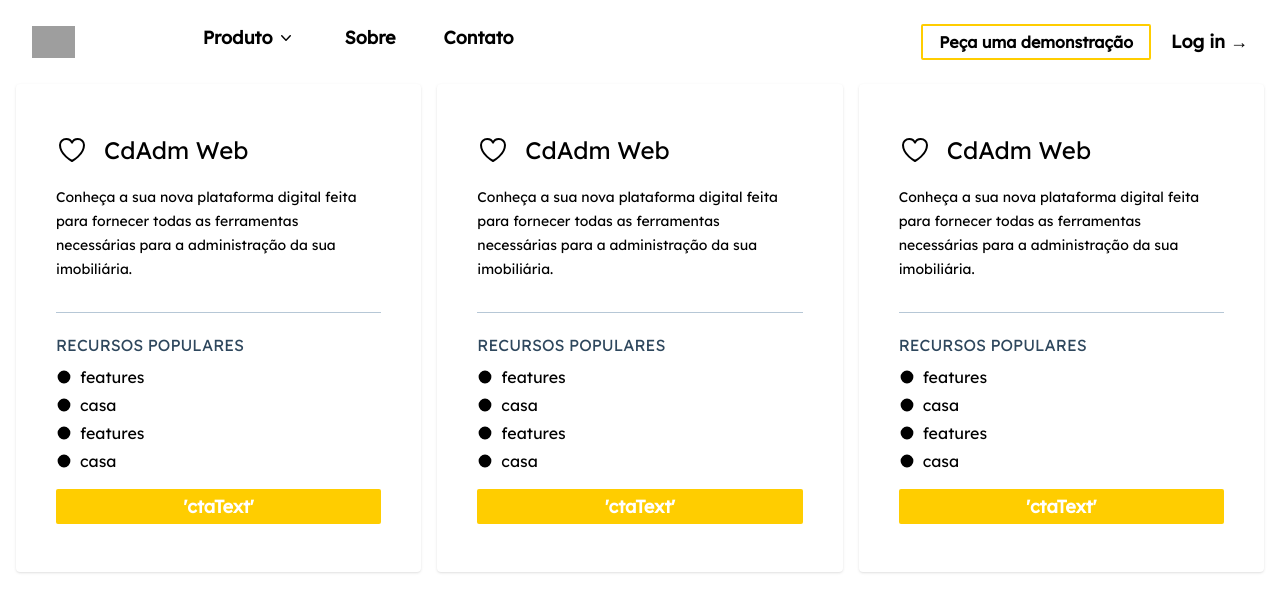
Repository: VereAbsolutum/site-institucional
Page: /
These files come from the project's save history. The page is drawn as it stood at one moment and after the next save; the edit follows.
The browser window is 1280 px wide. The pictures show the whole page.
Pictures or frames that could not be fetched are drawn as grey boxes. The project was rebuilt for these pictures with package versions that can differ from the ones it lists, and the page was loaded fresh each time. Also part of the build but not shown: vite.config.ts, src/presentation/components/buttons/button-primary.tsx, src/presentation/components/links/link-border-primary.tsx, src/presentation/components/links/link-border-white.tsx, src/presentation/components/typography/display.tsx, src/presentation/components/typography/heading1.tsx, src/presentation/components/typography/heading2.tsx, src/presentation/components/typography/heading3.tsx and 3 more.

Above is the page before, as saved 2023-04-14 23:45:11.

### src/App.tsx
import React from 'react'
import { BrowserRouter, Routes, Route } from "react-router-dom"
import { Home, NotFound } from './presentation/pages'

const App: React.FC = () => {
  return (
    <BrowserRouter >
      <Routes>
        <Route path='/' element={<Home />} />
        <Route path='*' element={<NotFound />} />
      </Routes>
    </BrowserRouter>
  )
}

export default App

### src/index.css
@import url('https://fonts.googleapis.com/css2?family=Lexend+Deca&family=Manrope:wght@800&family=Playfair+Display:wght@500&display=swap');

@tailwind base;
@tailwind components;
@tailwind utilities;

### src/presentation/pages/index.ts
export { default as Home } from './home/home'
export { default as NotFound } from './not-found/notFound'

### src/presentation/pages/home/home.tsx
import React from 'react';
import { ButtonBorderPrimary, ButtonPrimary, Header, LinkBorderPrimary, LinkBorderWhite, LinkPrimary, TextCaption, TextDisplay, TextHeading1, TextHeading2, TextHeading3, TextMenu, TextParagraph, TextParagraphSmall } from '../../components';
import ProductCard from '../../components/card/product-card';

const home: React.FC = () => {
    return (
        <>
            <Header />
            <main>
                <section className='container'>
                    <div className='grid grid-cols-1 gap-4 sm:grid-cols-2 md:grid-cols-3'>
                        <ProductCard></ProductCard>
                        <ProductCard></ProductCard>
                        <ProductCard></ProductCard>
                    </div>
                </section>
            </main>
        </>


    );
};

export default home;

### src/presentation/components/index.ts
export { default as Header } from './header/header'

export { default as ButtonBase } from './buttons/button-base'
export { default as ButtonBorderPrimary } from './buttons/button-border-primary'
export { default as ButtonPrimary } from './buttons/button-primary'

export { default as LinkBase } from './links/link-base'
export { default as LinkPrimary } from './links/link-primary'
export { default as LinkBorderPrimary } from './links/link-border-primary'
export { default as LinkBorderWhite } from './links/link-border-white'

export { default as TextBase } from './typography/text-base'
export { default as TextDisplay } from './typography/display'
export { default as TextHeading1 } from './typography/heading1'
export { default as TextHeading2 } from './typography/heading2'
export { default as TextHeading3 } from './typography/heading3'
export { default as TextParagraph } from './typography/paragraph'
export { default as TextParagraphSmall } from './typography/paragraph-small'
export { default as TextCaption } from './typography/caption'
export { default as TextMenu } from './typography/menu'

### src/presentation/components/card/product-card.tsx
import { HeartIcon } from '@heroicons/react/24/outline';
import React from 'react';
import { LinkPrimary, TextParagraph, TextParagraphSmall } from '..';

type ProductCardProps = {
    imageUrl: string;
    title: string;
    description: string;
    features: string[];
    ctaText: string;
    ctaHref: string;
};

const ProductCard: React.FC = () => {
    return (
        <div className="bg-white p-6 rounded shadow px-10 py-12">
            <div className="flex flex-col">
                <div className="flex items-center mb-4">
                    <HeartIcon className="w-8 h-auto mr-4 text-blue-500" />
                    <h3 className="font-medium text-[24px]">CdAdm Web</h3>
                </div>
                <div>
                    <p className="mb-8">
                        <TextParagraphSmall>
                            Conheça a sua nova plataforma digital feita para fornecer todas as ferramentas necessárias para a administração da sua imobiliária.
                        </TextParagraphSmall>
                    </p>
                    <div className='border-t-black border-t border-solid pt-5'>
                        <h4 className="mb-2">
                            <TextParagraph className='font-thin'>
                                RECURSOS POPULARES
                            </TextParagraph>
                        </h4>
                        <ul className="list-none mb-4">
                            {["features", "casa", "features", "casa"].map((feature, index) => (
                                <li key={index} className="flex items-center mb-1">
                                    <svg className="w-4 h-4 mr-2 text-green-500" viewBox="0 0 20 20" fill="currentColor">
                                        <path d="M10 18a8 8 0 100-16 8 8 0 000 16zm1-13a1 1 0 10-2 0v4a1 1 0 00.293.707l2.828 2.829a1 1 0 101.415-1.415L11 9.586V5z"></path>
                                    </svg>
                                    {feature}
                                </li>
                            ))}
                        </ul>
                        <div>
                            <LinkPrimary className="text-white flex justify-center" href="#">
                                'ctaText'
                            </LinkPrimary>
                        </div>
                    </div>
                </div>
            </div>
        </div>
    );
};

export default ProductCard;

### src/presentation/components/header/header.tsx
import React, { useState } from 'react'
import {
    Bars3Icon,
    ChartPieIcon,
    CursorArrowRaysIcon,
    FingerPrintIcon,
} from '@heroicons/react/24/outline'
import { PhoneIcon, PlayCircleIcon } from '@heroicons/react/20/solid'
import { MainMenu, MobileMenu } from './components'
import { ButtonBorderPrimary } from '..'

const products = [
    { name: 'CdAdm Web', description: 'Get a better understanding of your traffic', href: '#', icon: ChartPieIcon },
    { name: 'CdAdm Grafico', description: 'Speak directly to your customers', href: '#', icon: CursorArrowRaysIcon },
    { name: 'CdFin', description: 'Your customers’ data will be safe and secure', href: '#', icon: FingerPrintIcon }
]
const callsToAction = [
    { name: 'Assista a Demo', href: '#', icon: PlayCircleIcon },
    { name: 'Contato', href: '#', icon: PhoneIcon },
]

function classNames(...classes: string[]) {
    return classes.filter(Boolean).join(' ');
}

const header: React.FC = () => {
    const [mobileMenuOpen, setMobileMenuOpen] = useState(false)

    return (
        <header className="bg-white">
            <nav className="mx-auto flex max-w-7xl items-center justify-between p-6 lg:px-8" aria-label="Global">

                <div className="flex lg:flex-1">
                    <a href="#" className="-m-1.5 p-1.5">
                        <span className="sr-only">SCordon</span>
                        <img className="h-8 w-auto" src="https://tailwindui.com/img/logos/mark.svg?color=indigo&shade=600" alt="" />
                    </a>

                    {/* main menu */}
                    <div className='ml-32'>
                        <MainMenu products={products} />
                    </div>
                </div>

                <div className="flex lg:hidden">
                    {/* Button */}
                    <button
                        type="button"
                        className="-m-2.5 inline-flex items-center justify-center rounded-md p-2.5 text-gray-700"
                        onClick={() => setMobileMenuOpen(true)}
                    >
                        <span className="sr-only">Open main menu</span>
                        <Bars3Icon className="h-6 w-6" aria-hidden="true" />
                    </button>
                </div>



                <div className="hidden lg:flex lg:flex-1 lg:justify-end align-items: center">
                    <div className='mr-5'>
                        <ButtonBorderPrimary label='Peça uma demonstração' />
                    </div>
                    <div className="flex items-center">
                        <a href="#" className="text-lg font-medium leading-6 font-semibold">
                            Log in <span aria-hidden="true">&rarr;</span>
                        </a>
                    </div>
                    {/* Button */}
                </div>
            </nav>

            <MobileMenu
                mobileMenuOpen={mobileMenuOpen}
                setMobileMenuOpen={setMobileMenuOpen}
                products={products}
                callsToAction={callsToAction}
            />
        </header>
    )
}

export default header

### src/presentation/components/buttons/button-base.tsx
import React from 'react'

export type ButtonProps = React.ButtonHTMLAttributes<HTMLButtonElement> & {
    label: string;
    className?: string;
};

const buttonBase: React.FC<ButtonProps> = ({ label, className, ...rest }) => {
    const baseClasses =
        'font-semibold rounded-sm hover:bg-blue-700 focus:outline-none focus:ring-2 focus:ring-blue-400 focus:ring-opacity-75';

    return (
        <button className={`${baseClasses} ${className}`} {...rest}>
            {label}
        </button>
    );
};

export default buttonBase;

### src/presentation/components/buttons/button-border-primary.tsx
// BorderedButton.tsx
import React from 'react';
import { ButtonBase } from '..';
import { ButtonProps } from './button-base';

const buttonBorderPrimary: React.FC<ButtonProps> = ({ className, ...rest }) => {
    const baseClasses = 'px-4 py-1 border-2 border-yellow bg-transparent border border-blue-500 text-blue-500 hover:bg-blue-500';

    return <ButtonBase className={`${baseClasses} ${className}`} {...rest} />;
};

export default buttonBorderPrimary;

### src/presentation/components/links/link-base.tsx
import React from 'react';

export type LinkBaseProps = React.AnchorHTMLAttributes<HTMLAnchorElement> & {
    className?: string;
};

const linkBase: React.FC<LinkBaseProps> = ({ children, className, ...rest }) => {
    const baseClasses =
        'font-semibold cursor-pointer rounded-sm hover:bg-blue-700 focus:outline-none focus:ring-2 focus:ring-blue-400 focus:ring-opacity-75';

    return (
        <a className={`${baseClasses} ${className}`} {...rest}>
            {children}
        </a>
    );
};

export default linkBase;

### src/presentation/components/links/link-primary.tsx
// FilledButton.tsx
import React from 'react';
import { LinkBase } from '..';
import { LinkBaseProps } from './link-base';

const linkPrimary: React.FC<LinkBaseProps> = ({ className, ...rest }) => {
    const baseClasses = 'px-4 py-1 bg-blue-500 bg-yellow hover:bg-blue-700 text-lg font-medium';

    return <LinkBase className={`${baseClasses} ${className}`} {...rest} />;
};

export default linkPrimary;

### src/presentation/components/typography/text-base.tsx
import React from 'react';

export type TextBaseProps = React.HTMLAttributes<HTMLSpanElement> & {
    className?: string;
};

const textBase: React.FC<TextBaseProps> = ({ children, className, ...rest }) => {
    const baseClasses = '';

    return (
        <span className={`${baseClasses} ${className}`} {...rest}>
            {children}
        </span>
    );
};

export default textBase;

### src/presentation/components/typography/paragraph.tsx
import React from 'react';
import { TextBase } from '..';
import { TextBaseProps } from './text-base';

const textParagraph: React.FC<TextBaseProps> = ({ children, className, ...rest }) => {
    const baseClasses = 'text-base font-light';

    return (
        <TextBase style={{ color: '#2e475d' }} className={baseClasses}>
            {children}
        </TextBase>
    );
};

export default textParagraph;

### src/presentation/components/typography/paragraph-small.tsx
import React from 'react';
import { TextBase } from '..';
import { TextBaseProps } from './text-base';

const textParagraphSmall: React.FC<TextBaseProps> = ({ children, className, ...rest }) => {
    const baseClasses = 'text-sm font-light';

    return (
        <TextBase className={baseClasses} {...rest}>
            {children}
        </TextBase>
    );
};

export default textParagraphSmall;

### src/presentation/components/header/components/index.ts
export { default as MobileMenu } from './mobile-menu'
export { default as MainMenu } from './main-menu'

### src/presentation/components/header/components/mobile-menu.tsx
import React from 'react'
import { Dialog, Disclosure } from '@headlessui/react'
import { ChevronDownIcon, XMarkIcon } from '@heroicons/react/24/outline'
import { ButtonFilled } from '../..';

function classNames(...classes: string[]) {
    return classes.filter(Boolean).join(' ');
}

export type MobileMenuProps = {
    mobileMenuOpen: boolean
    setMobileMenuOpen: (open: boolean) => void
    products: Array<{
        name: string
        description: string
        href: string
        icon: any
    }>
    callsToAction: Array<{
        name: string
        href: string
        icon: any
    }>
}

const mobileMenu: React.FC<MobileMenuProps> = ({ mobileMenuOpen, setMobileMenuOpen, products, callsToAction }) => {
    return (
        <Dialog as="div" className="lg:hidden" open={mobileMenuOpen} onClose={setMobileMenuOpen}>
            <div className="fixed inset-0 z-10" />

            {/* Mobile Menu */}
            <Dialog.Panel className="fixed inset-y-0 right-0 z-10 w-full overflow-y-auto bg-white px-6 py-6 sm:max-w-sm sm:ring-1 sm:ring-gray-900/10">
                <div className="flex items-center justify-between">
                    <a href="#" className="-m-1.5 p-1.5">
                        <span className="sr-only">Your Company</span>
                        <img
                            className="h-8 w-auto"
                            src="https://tailwindui.com/img/logos/mark.svg?color=indigo&shade=600"
                            alt=""
                        />
                    </a>


                    <button
                        type="button"
                        className="-m-2.5 rounded-md p-2.5 text-gray-700"
                        onClick={() => setMobileMenuOpen(false)}
                    >
                        <span className="sr-only">Close menu</span>
                        <XMarkIcon className="h-6 w-6" aria-hidden="true" />
                    </button>

                </div>

                <div className="mt-6 flow-root">
                    <div className="-my-6 divide-y divide-gray-500/10">
                        <div className="space-y-2 py-6">
                            <Disclosure as="div" className="-mx-3">
                                {({ open }) => (
                                    <>
                                        <Disclosure.Button className="flex w-full font-medium text-lg  items-center justify-between rounded-lg py-2 pl-3 pr-3.5 leading-7 hover:bg-gray-50">
                                            Product
                                            <ChevronDownIcon
                                                className={classNames(open ? 'rotate-180' : '', 'h-5 w-5 flex-none')}
                                                aria-hidden="true"
                                            />
                                        </Disclosure.Button>
                                        <Disclosure.Panel className="mt-2 space-y-2">
                                            {[...products, ...callsToAction].map((item) => (
                                                <Disclosure.Button
                                                    key={item.name}
                                                    as="a"
                                                    href={item.href}
                                                    className="block rounded-lg py-2 pl-6 pr-3 text-sm font-semibold leading-7 text-gray-900 hover:bg-gray-50"
                                                >
                                                    {item.name}
                                                </Disclosure.Button>
                                            ))}
                                        </Disclosure.Panel>
                                    </>
                                )}
                            </Disclosure>
                            <a
                                href="#"
                                className="-mx-3 block rounded-lg px-3 py-2 font-medium text-lg leading-7 text-gray-900 hover:bg-gray-50"
                            >
                                Features
                            </a>
                            <a
                                href="#"
                                className="-mx-3 block rounded-lg px-3 py-2 font-medium text-lg leading-7 hover:bg-gray-50"
                            >
                                Marketplace
                            </a>
                            <a
                                href="#"
                                className="-mx-3 block rounded-lg px-3 py-2 font-medium text-lg leading-7 hover:bg-gray-50"
                            >
                                Company
                            </a>
                        </div>

                        <div className="py-6">
                            <a
                                href="#"
                                className="-mx-3 block rounded-lg px-3 py-2.5 font-medium text-lg leading-7 hover:bg-gray-50"
                            >
                                Log in
                            </a>
                        </div>
                    </div>
                </div>
            </Dialog.Panel>
        </Dialog>
    )
}

export default mobileMenu

### src/presentation/components/header/components/main-menu.tsx
import React, { Fragment } from 'react'
import { Popover, Transition } from '@headlessui/react'
import { ChevronDownIcon } from '@heroicons/react/20/solid'
import { PlayCircleIcon, PhoneIcon } from '@heroicons/react/20/solid'
import { Product } from './header-types'

const callsToAction = [
    { name: 'Watch demo', href: '#', icon: PlayCircleIcon },
    { name: 'Contact sales', href: '#', icon: PhoneIcon },
]

export type MainMenuProps = { products: Product[] }

const MainMenu: React.FC<MainMenuProps> = ({ products }) => {
    return (
        <Popover.Group className="hidden lg:flex lg:gap-x-12">
            <Popover className="relative">
                <Popover.Button className="flex items-center gap-x-1 text-lg  font-semibold  leading-6">
                    Produto
                    <ChevronDownIcon className="h-5 w-5 flex-none text-gray-400" aria-hidden="true" />
                </Popover.Button>

                <Transition
                    as={Fragment}
                    enter="transition ease-out duration-200"
                    enterFrom="opacity-0 translate-y-1"
                    enterTo="opacity-100 translate-y-0"
                    leave="transition ease-in duration-150"
                    leaveFrom="opacity-100 translate-y-0"
                    leaveTo="opacity-0 translate-y-1"
                >
                    <Popover.Panel className="absolute -left-8 top-full z-10 mt-3 w-screen max-w-md overflow-hidden rounded-3xl bg-white shadow-lg ring-1 ring-gray-900/5">
                        <div className="p-4">
                            {products.map((item) => (
                                <div
                                    key={item.name}
                                    className="group relative flex items-center gap-x-6 rounded-lg p-4 text-sm leading-6 hover:bg-gray-50"
                                >
                                    <div className="flex h-11 w-11 flex-none items-center justify-center rounded-lg bg-gray-50 group-hover:bg-white">
                                        <item.icon className="h-6 w-6 text-gray-600 group-hover:text-indigo-600" aria-hidden="true" />
                                    </div>
                                    <div className="flex-auto">
                                        <a href={item.href} className="block font-semibold text-gray-900">
                                            {item.name}
                                            <span className="absolute inset-0" />
                                        </a>
                                        <p className="mt-1 text-gray-600">{item.description}</p>
                                    </div>
                                </div>
                            ))}
                        </div>
                        <div className="grid grid-cols-2 divide-x divide-gray-900/5 bg-gray">  </div>
                        <div className="grid grid-cols-2 divide-x divide-gray-900/5 bg-gray-50">
                            {callsToAction.map((item) => (
                                <a
                                    key={item.name}
                                    href={item.href}
                                    className="flex items-center justify-center gap-x-2.5 p-3 text-sm font-semibold leading-6 text-gray-900 hover:bg-gray-100"
                                >
                                    <item.icon className="h-5 w-5 flex-none text-gray-400" aria-hidden="true" />
                                    {item.name}
                                </a>
                            ))}
                        </div>
                    </Popover.Panel>
                </Transition>
            </Popover>

            <a href="#" className="text-lg  font-semibold  leading-6 text-gray-900">
                Sobre
            </a>
            <a href="#" className="text-lg  font-semibold  leading-6 text-gray-900">
                Contato
            </a>
        </Popover.Group>
    )
}

export default MainMenu

### tailwind.config.js
/** @type {import('tailwindcss').Config} */
export default {
  content: [
    "./index.html",
    "./src/**/*.{js,ts,jsx,tsx}",
  ],
  theme: {
    fontFamily: {
      display: ['Playfair Display', 'serif'],
      sans: ['Lexend Deca', 'sans-serif']
    },
    container: {
      center: true,
      padding: '1rem',
      screens: {
        sm: '640px',
        md: '768px',
        lg: '1024px',
        xl: '1280px',
        '2xl': '1536px',
      },
    },
    colors: {
      yellow: '#FFCD00',
      black: '#1A1A1A',
      blue: '#2E475D',
      white: '#FFFFFF',
    },
    fontSize: {
      xs: '12px',
      sm: '14px',
      base: '16px',
      lg: '18px',
      xl: '22px',
      xxl: '32px',
      '2xl': '38px',
      '3xl': '59px'
    },
    extend: {
      borderColor: {
        'black': '#b6c7d6',
      },
    },
  },
  plugins: [],
}

Loaded but not shown: index.html (common file); src/main.tsx (common file)

After the next save:
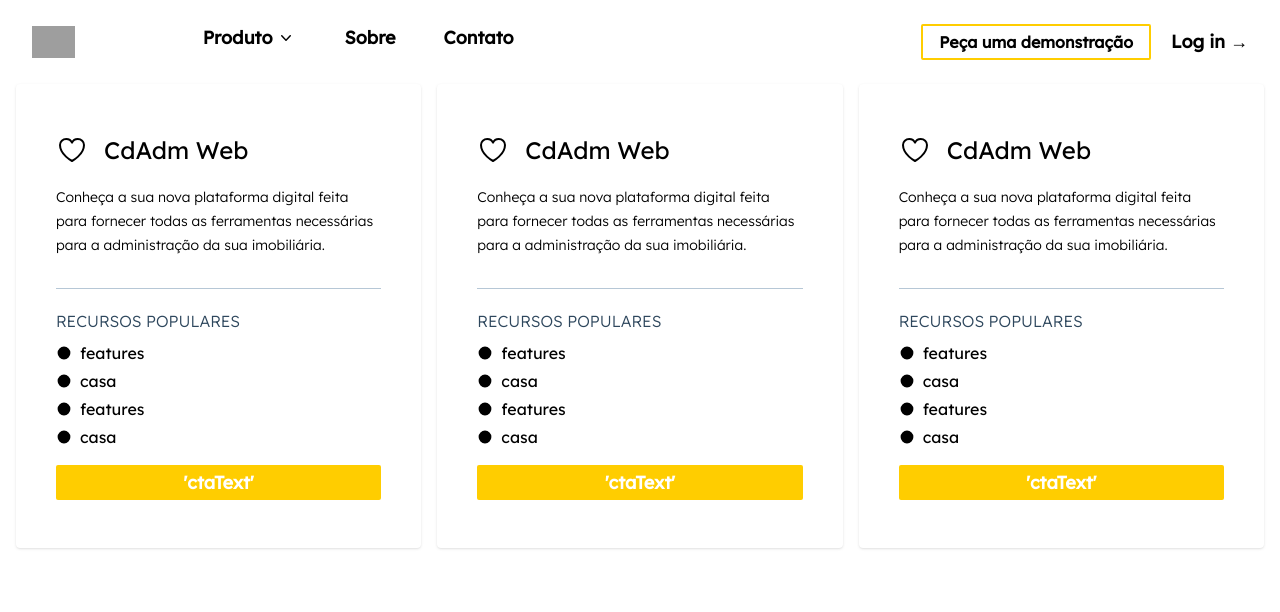
Saved 5 min 16 s later.
--- a/src/index.css
+++ b/src/index.css
@@ -1,4 +1,4 @@
-@import url('https://fonts.googleapis.com/css2?family=Lexend+Deca&family=Manrope:wght@800&family=Playfair+Display:wght@500&display=swap');
+@import url('https://fonts.googleapis.com/css2?family=Lexend+Deca:wght@300;400&family=Manrope:wght@800&family=Playfair+Display:wght@500&display=swap');
 
 @tailwind base;
 @tailwind components;

After the save that followed:
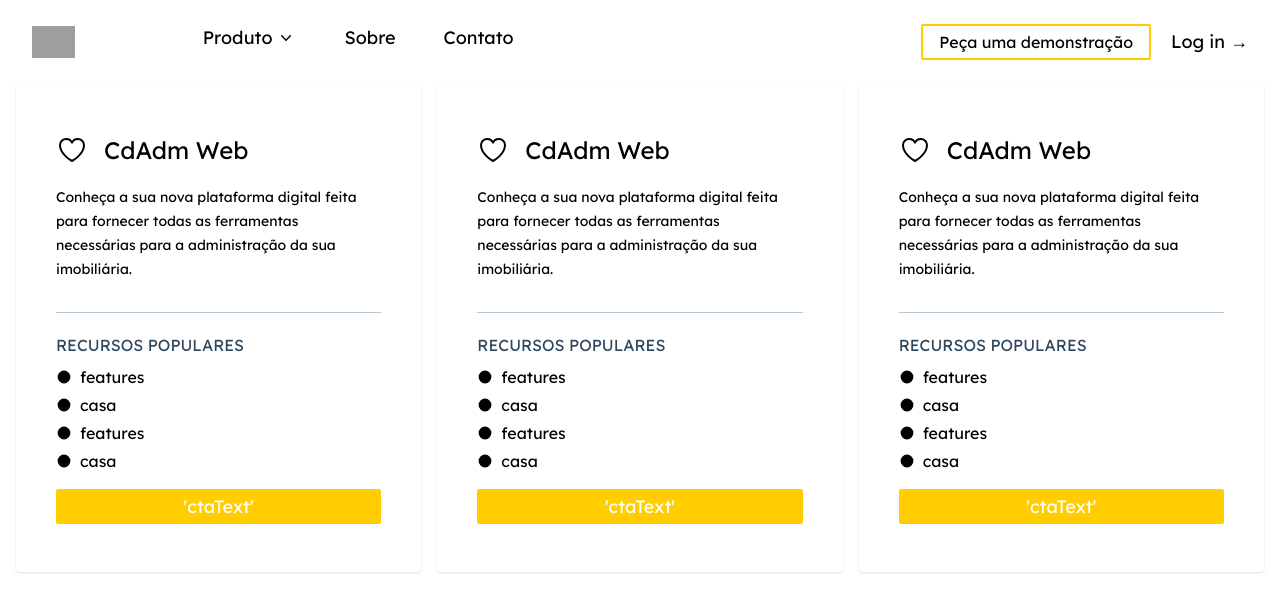
Saved 2 min 5 s later.
--- a/tailwind.config.js
+++ b/tailwind.config.js
@@ -8,6 +8,12 @@ export default {
     fontFamily: {
       display: ['Playfair Display', 'serif'],
       sans: ['Lexend Deca', 'sans-serif']
+    },
+    fontWeight: {
+      '300': 300,
+      '400': 400,
+      '500': 500,
+      '800': 800,
     },
     container: {
       center: true,
